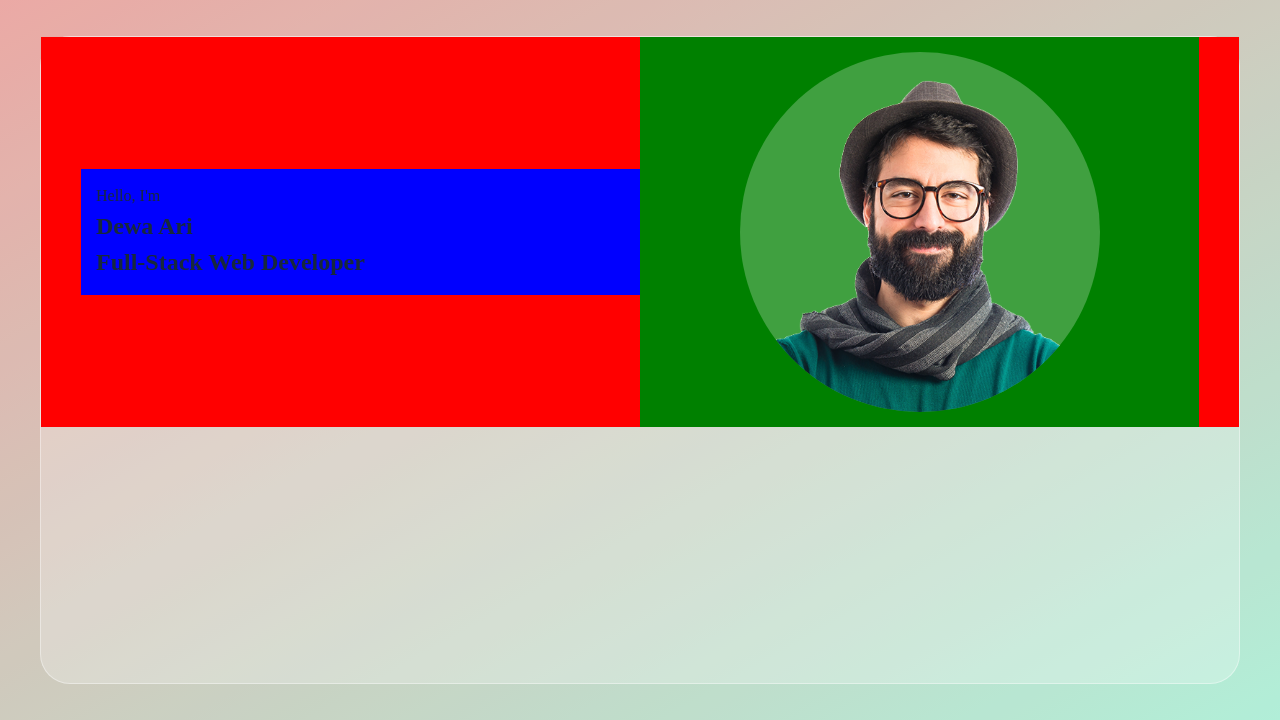
Repository: dewaary/Glassmorp-me
Page: index.html
An editor plug-in stored every save of this project. The page is shown before and after the next save, followed by the edit.
The browser window is 1280 px wide. The pictures show the whole page.

Above is the page before, as saved 2021-05-12 22:14:59.

After the next save:
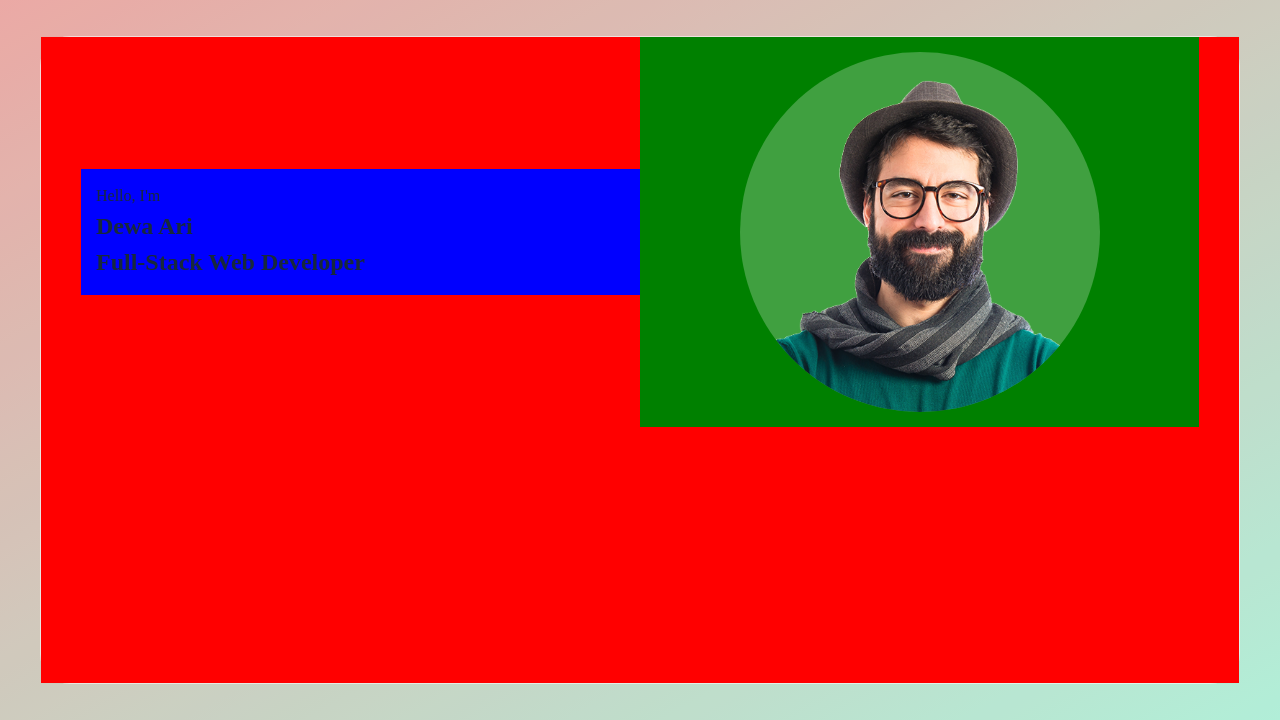
Saved 17 s later.
--- a/style.css
+++ b/style.css
@@ -84,6 +84,10 @@ section {
 /*
 Home Section */
 
+.home-section{
+    display: flex;
+}
+
 .home-text{
     background-color: blue;
 }
